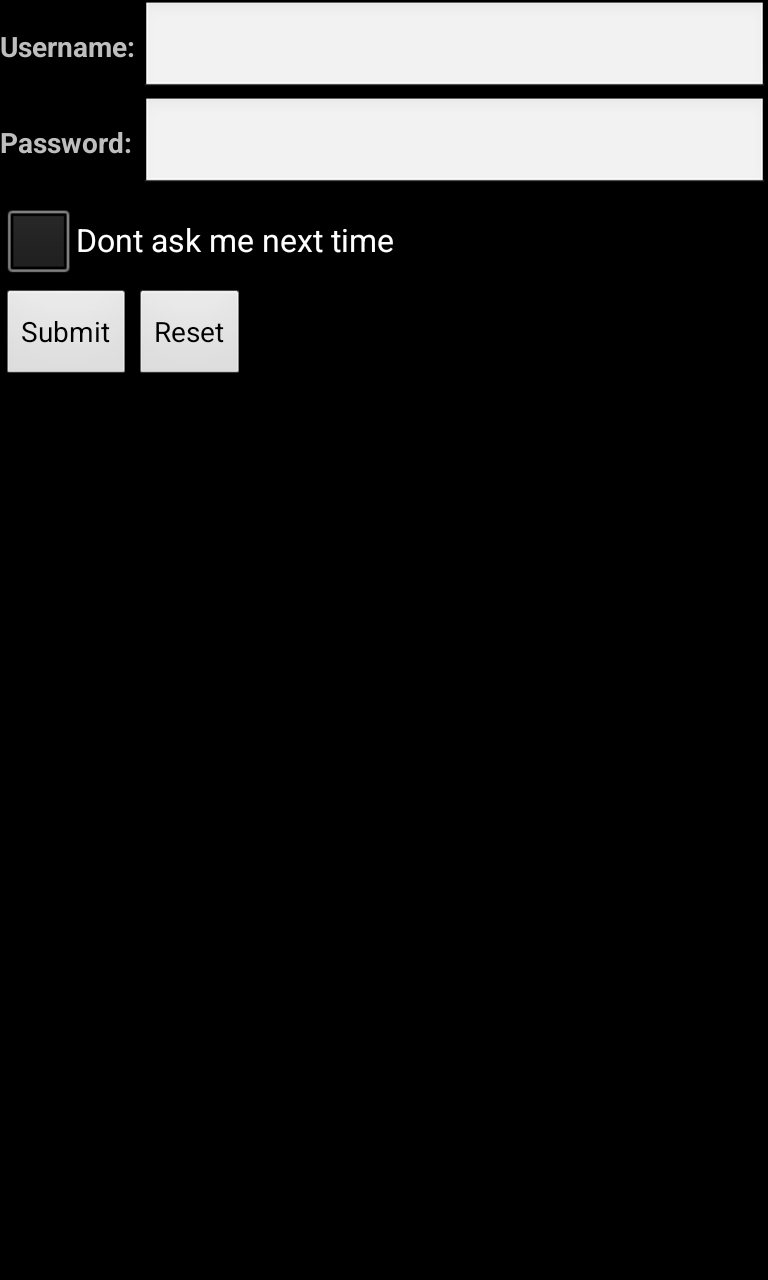
Repository: World-Three-Technologies/Masxaro-Prototype
Layout: Android/W3T/res/layout/main_login.xml
An editor plug-in stored every save of this project. The layout is shown before and after the next save, followed by the edit.
It is drawn on a 768 x 1280 px phone screen (xhdpi) without system bars, with theme android:Theme; the app's code is not run.

Above is the layout before, as saved 2011-06-03 08:19:54.

After the next save:
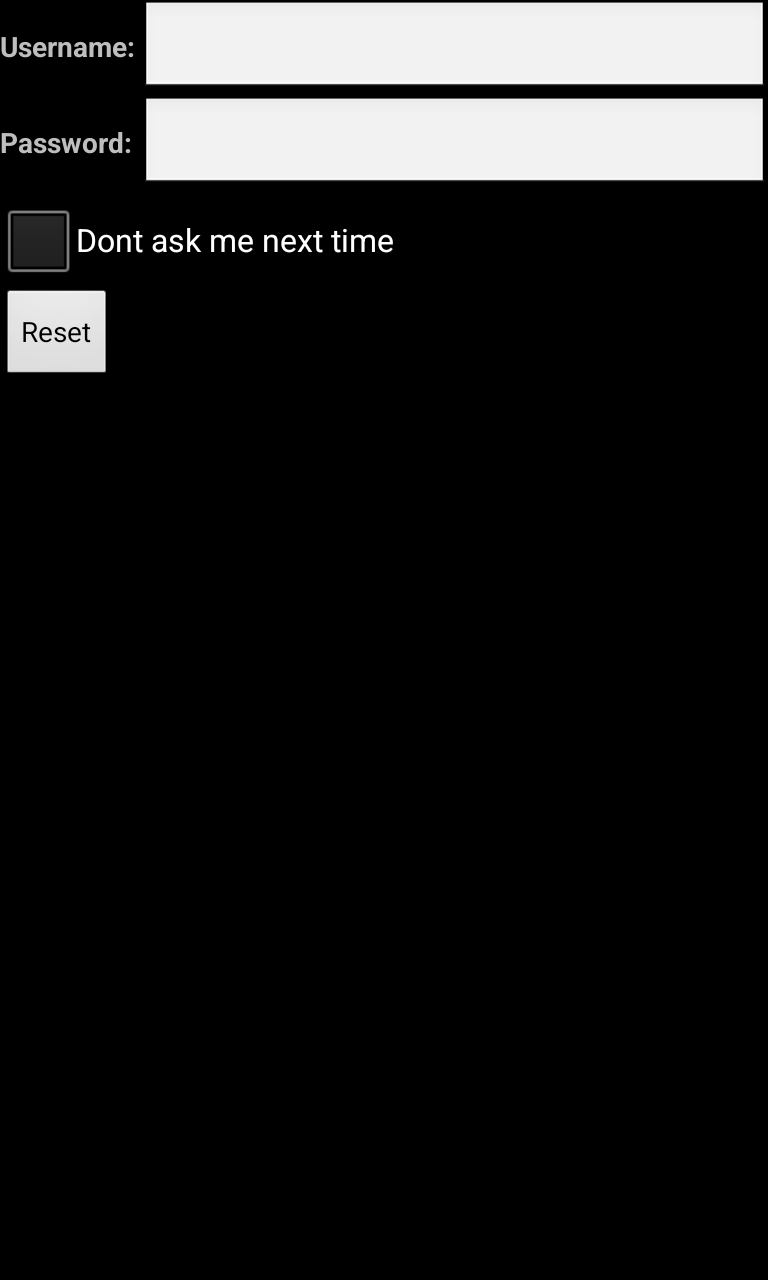
Saved 78 s later.
--- a/Android/W3T/res/layout/main_login.xml
+++ b/Android/W3T/res/layout/main_login.xml
@@ -48,10 +48,15 @@
 		android:layout_width="fill_parent" android:layout_height="wrap_content"
 		android:gravity="fill_horizontal"
 	>
+		<LinearLayout android:orientation="horizontal"
+			android:layout_width="match_parent/2" android:layout_height="wrap_content"
+			android:gravity="left"
+		>
 		<Button android:text="Submit"
 			android:id="@+id/submit_button"
 			android:layout_height="wrap_content" android:layout_width="wrap_content"
 		/>
+		</LinearLayout>
 	    <Button android:text="Reset"
 			android:id="@+id/reset_button"
 			android:layout_height="wrap_content" android:layout_width="wrap_content"

After the 2 saves that followed:
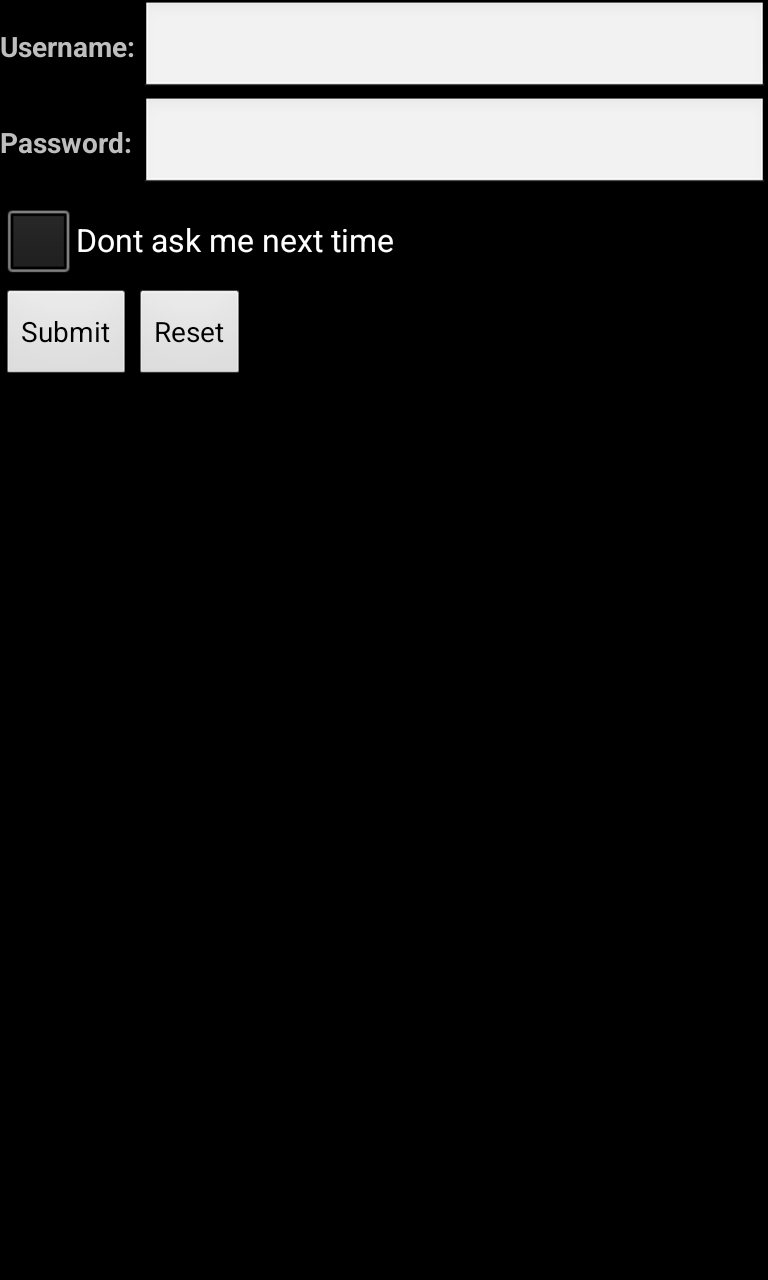
The 2 saves are shown as one change because 1 did not build or start.
The last was saved 43 s later.
--- a/Android/W3T/res/layout/main_login.xml
+++ b/Android/W3T/res/layout/main_login.xml
@@ -48,15 +48,10 @@
 		android:layout_width="fill_parent" android:layout_height="wrap_content"
 		android:gravity="fill_horizontal"
 	>
-		<LinearLayout android:orientation="horizontal"
-			android:layout_width="match_parent/2" android:layout_height="wrap_content"
-			android:gravity="left"
-		>
 		<Button android:text="Submit"
 			android:id="@+id/submit_button"
 			android:layout_height="wrap_content" android:layout_width="wrap_content"
 		/>
-		</LinearLayout>
 	    <Button android:text="Reset"
 			android:id="@+id/reset_button"
 			android:layout_height="wrap_content" android:layout_width="wrap_content"
